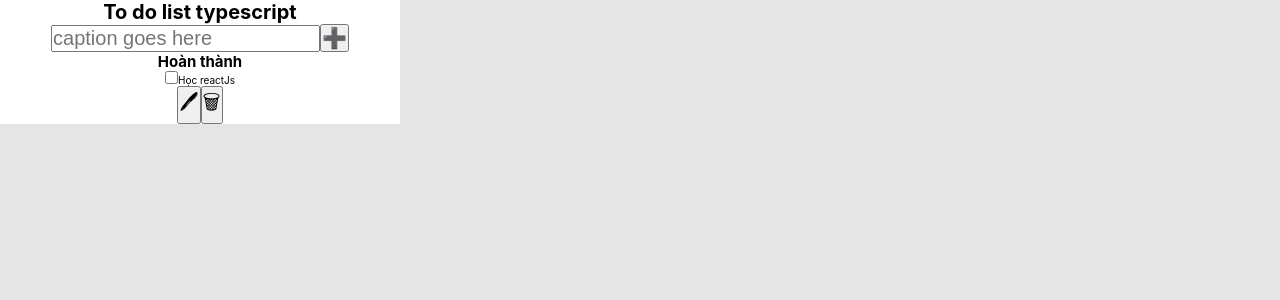
Repository: Nhatktvn/TodoListReactTs
Page: /
These files come from the project's save history. The page is drawn as it stood at one moment and after the next save; the edit follows.
The browser window is 1280 px wide. The pictures show the whole page.
The project was rebuilt for these pictures with package versions that can differ from the ones it lists, and the page was loaded fresh each time. Also part of the build but not shown: src/components/TaskList/tasklist.module.scss.

Above is the page before, as saved 2023-11-08 08:39:28.

### src/index.css
* {
  margin: 0;
  padding: 0;
  box-sizing: border-box;
}

html {
  font-size: 10px;
  --font-size: 2rem;
}

body {
  margin: 0;
  font-family: -apple-system, BlinkMacSystemFont, 'Segoe UI', 'Roboto', 'Oxygen', 'Ubuntu', 'Cantarell', 'Fira Sans',
    'Droid Sans', 'Helvetica Neue', sans-serif;
  -webkit-font-smoothing: antialiased;
  -moz-osx-font-smoothing: grayscale;
  background-color: #e5e5e5;
}

input,
button {
  font-size: var(--font-size);
}
code {
  font-family: source-code-pro, Menlo, Monaco, Consolas, 'Courier New', monospace;
}

### src/App.tsx
import React from 'react'
import './App.css'
import TodoList from './components/TodoList/TodoList'

function App() {
  return (
    <div className='App'>
      <TodoList />
    </div>
  )
}

export default App

### src/components/TodoList/TodoList.tsx
import React from 'react'
import styles from './todoList.module.scss'
import TaskInput from '../TaskInput/TaskInput'
import TaskList from '../TaskList/TaskList'
export default function TodoList() {
  return (
    <div className={styles.todoList}>
      <div className={styles.todoListContainer}>
        <TaskInput />
        <TaskList />
      </div>
    </div>
  )
}

### src/components/TodoList/todoList.module.scss
.todoListContainer {
  background-color: #fff;
  max-width: 40rem;
}

### src/components/TaskInput/TaskInput.tsx
import React from 'react'
import styles from './taskInput.module.scss'
export default function TaskInput() {
  return (
    <div>
      <h1>To do list typescript</h1>
      <form>
        <input type='text' placeholder='caption goes here' />
        <button type='submit'>➕</button>
      </form>
    </div>
  )
}

### src/components/TaskList/TaskList.tsx
import React from 'react'
import styles from './tasklist.module.scss'
export default function TaskList() {
  return (
    <div>
      <h2 className={styles.title}>Hoàn thành</h2>
      <div className={styles.tasks}>
        <div className={styles.task}>
          <input type='checkbox' />
          <span>Học reactJs</span>
          <div className={styles.taskAction}>
            <button className={styles.btnEdit}>🖊</button>
            <button className={styles.btnDelete}>🗑</button>
          </div>
        </div>
      </div>
    </div>
  )
}

Loaded but not shown: public/index.html (common file); src/index.tsx (common file); src/reportWebVitals.ts (common file); src/App.css (common file)

After the next save:
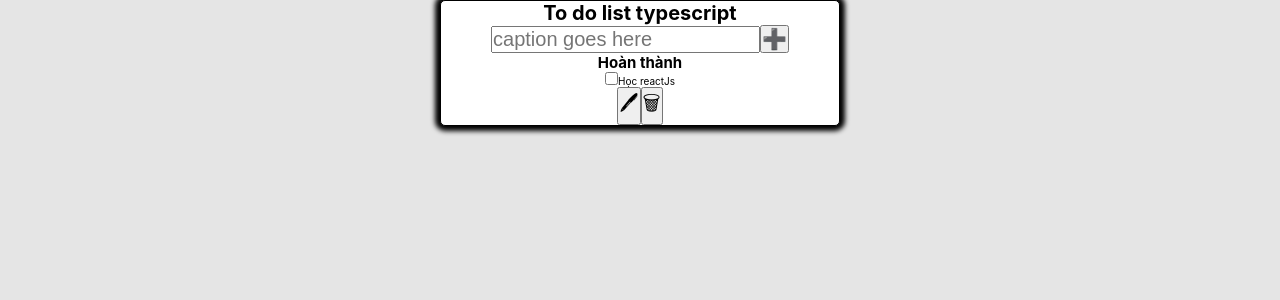
Saved 62 s later.
--- a/src/components/TodoList/todoList.module.scss
+++ b/src/components/TodoList/todoList.module.scss
@@ -1,4 +1,8 @@
 .todoListContainer {
   background-color: #fff;
   max-width: 40rem;
+  border-radius: 5px;
+  margin: 0 auto;
+  border: 1px solid #000;
+  box-shadow: 0px 0px 5px 5px;
 }
